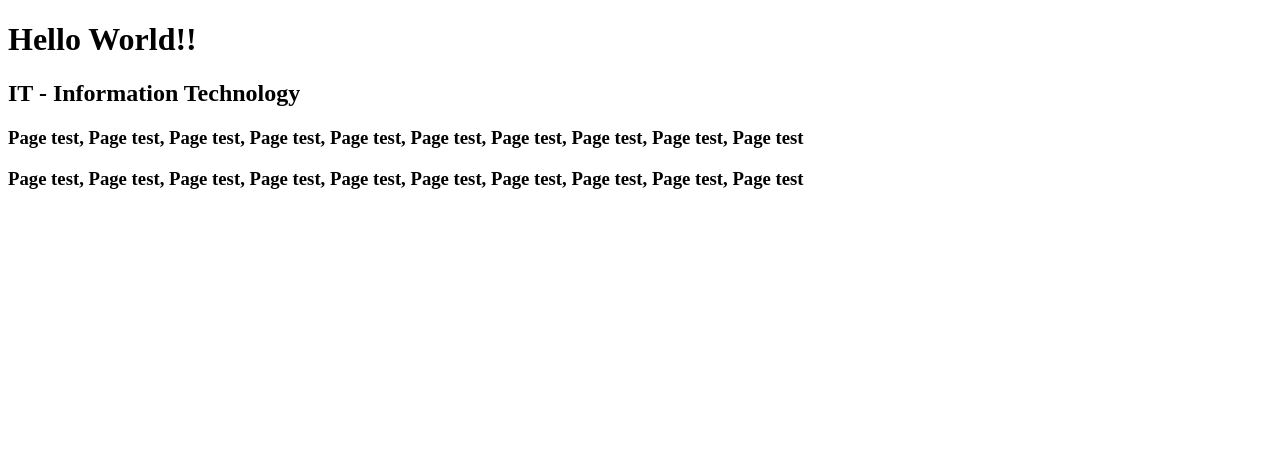
Repository: HigorRoc/Uninove_2021.1_AplicacaoWebQuarta
Page: usersManager/WebContent/helloWorld.html
The author's editor kept a copy of each file at every save. The page is drawn from the files as they stood at one save, then again after the next save.
The browser window is 1280 px wide. The pictures show the whole page.

Above is the page before, as saved 2021-04-29 00:51:47.

After the next save:
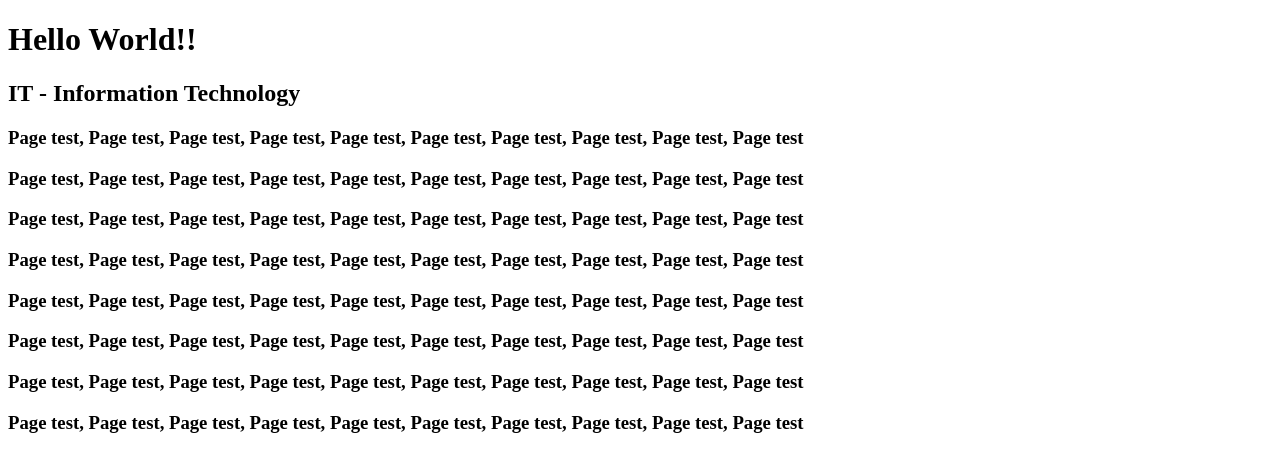
Saved 21 s later.
--- a/usersManager/WebContent/helloWorld.html
+++ b/usersManager/WebContent/helloWorld.html
@@ -10,5 +10,12 @@
 		<h2>IT - Information Technology</h2>
 		<h3>Page test, Page test, Page test, Page test, Page test, Page test, Page test, Page test, Page test, Page test</h3>
 		<h3>Page test, Page test, Page test, Page test, Page test, Page test, Page test, Page test, Page test, Page test</h3>
+		<h3>Page test, Page test, Page test, Page test, Page test, Page test, Page test, Page test, Page test, Page test</h3>
+		<h3>Page test, Page test, Page test, Page test, Page test, Page test, Page test, Page test, Page test, Page test</h3>
+		<h3>Page test, Page test, Page test, Page test, Page test, Page test, Page test, Page test, Page test, Page test</h3>
+		<h3>Page test, Page test, Page test, Page test, Page test, Page test, Page test, Page test, Page test, Page test</h3>
+		<h3>Page test, Page test, Page test, Page test, Page test, Page test, Page test, Page test, Page test, Page test</h3>
+		<h3>Page test, Page test, Page test, Page test, Page test, Page test, Page test, Page test, Page test, Page test</h3>
+
 	</body>
 </html>
